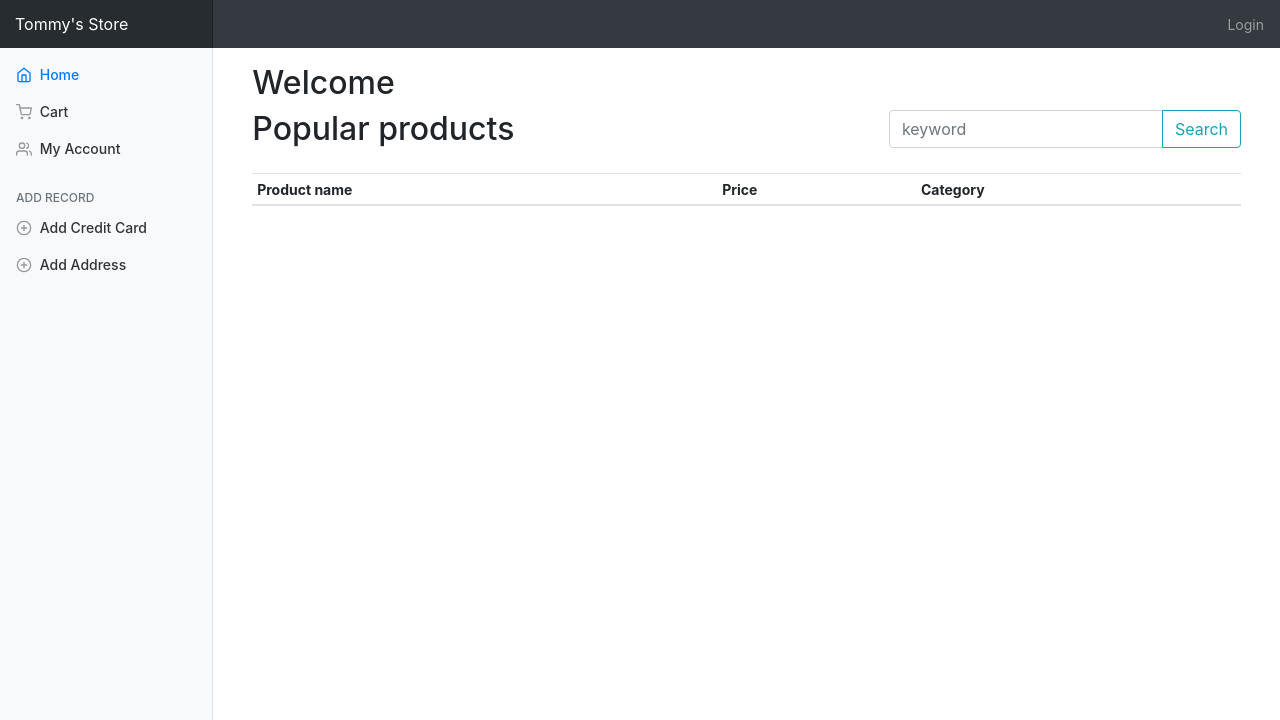
Repository: jlpduqueza/tommystore
Page: http://localhost/tommystore/WEB-INF/jsp/home.jsp
These files come from the project's save history. The page is drawn as it stood at one moment and after the next save; the edit follows.
The browser window is 1280 px wide. The pictures show the whole page.
The page is served by Tomcat 9. Nobody is signed in. The template is opened directly, without the code that normally fills it, so the values that code supplies are empty.

Above is the page before, as saved 2019-09-04 04:18:33.

After the next save:
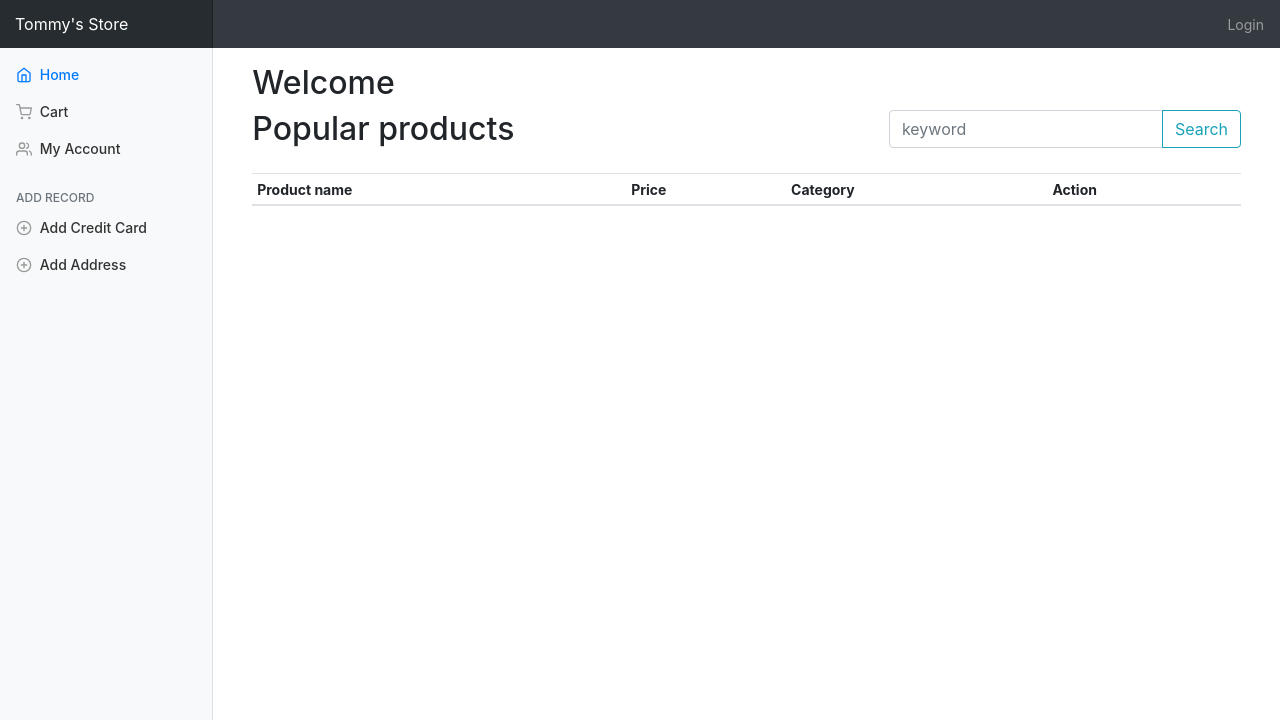
Saved 108 s later.
--- a/tommystore/WebContent/WEB-INF/jsp/home.jsp
+++ b/tommystore/WebContent/WEB-INF/jsp/home.jsp
@@ -49,7 +49,7 @@
 	                  <th>Product name</th>
 	                  <th>Price</th>
 	                  <th>Category</th>
-	<!--                   <th>Action</th> -->
+					  <th>Action</th>
 	                </tr>
 	              </thead>
 	              <tbody>
